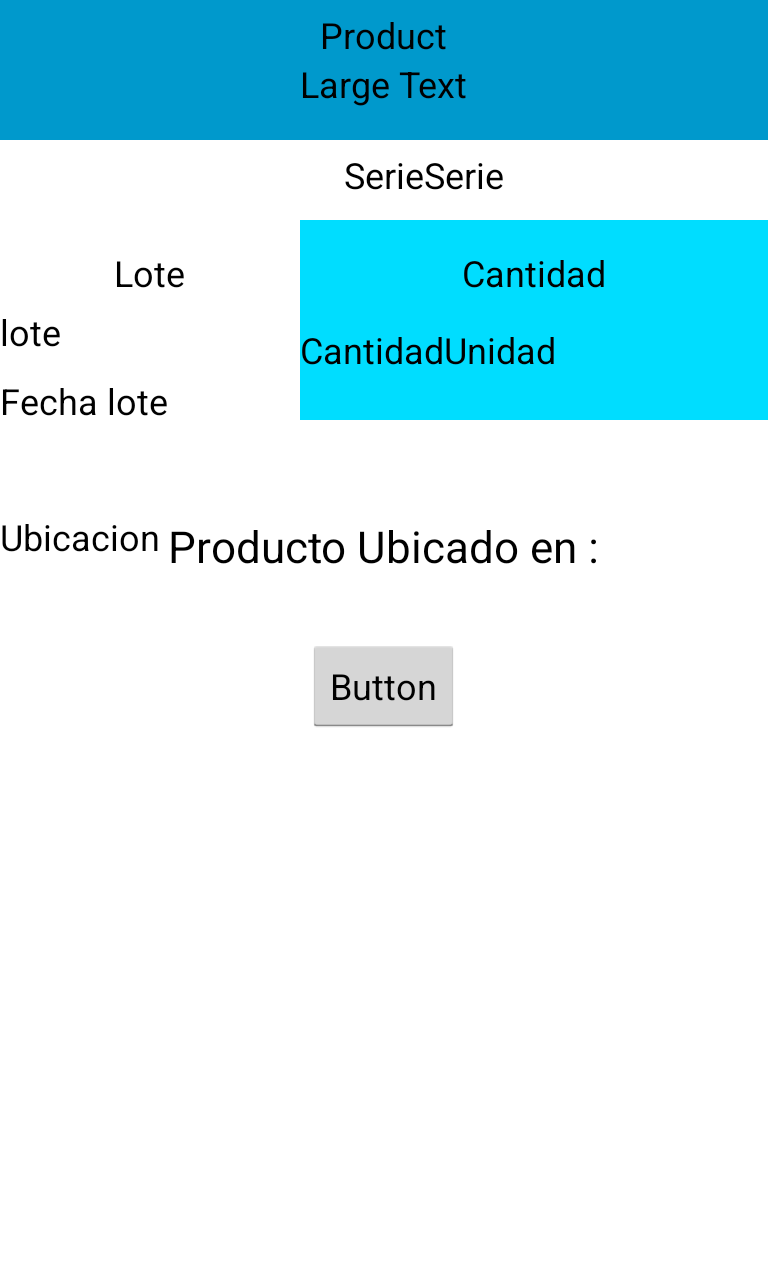
Repository: moynard/PeanutAndroid
Layout: WHSStorekeeper/res/layout/detail_picklist.xml
These files come from the project's save history. The layout is drawn as it stood at one moment and after the next save; the edit follows.
It is drawn on a 768 x 1280 px phone screen (xhdpi) without system bars, with theme AppTheme; the app's code is not run.

Above is the layout before, as saved 2013-07-24 05:02:35.

After the next save:
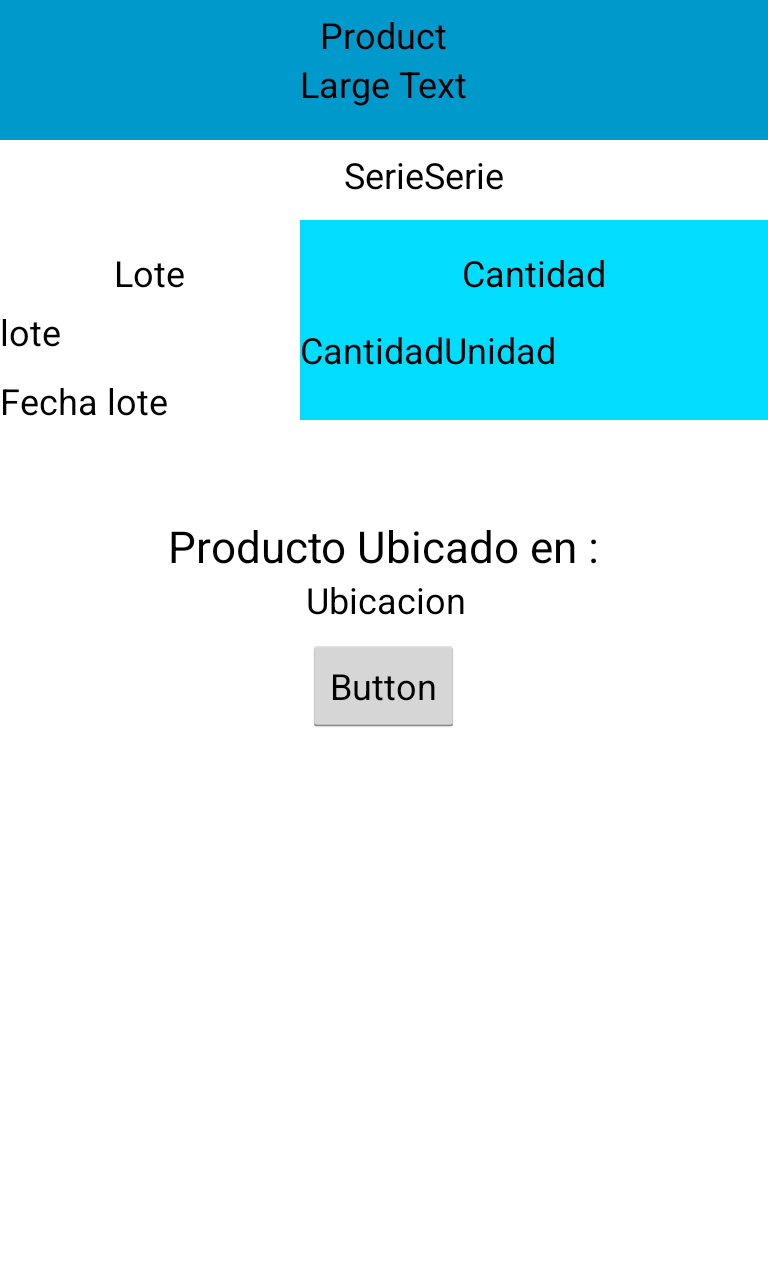
Saved 9 s later.
--- a/WHSStorekeeper/res/layout/detail_picklist.xml
+++ b/WHSStorekeeper/res/layout/detail_picklist.xml
@@ -184,9 +184,8 @@
                       android:id="@+id/txtUbicacion"
                       android:layout_width="wrap_content"
                       android:layout_height="wrap_content"
-                      android:layout_alignLeft="@+id/textView1"
-                      android:layout_below="@+id/textView1"
-                      android:layout_marginTop="16dp"
+                      android:layout_alignLeft="@+id/sendUbicacion"
+                      android:layout_below="@+id/lblUbicacion"
                       android:text="Ubicacion"
                       android:textAppearance="?android:attr/textAppearanceMedium" />
 
